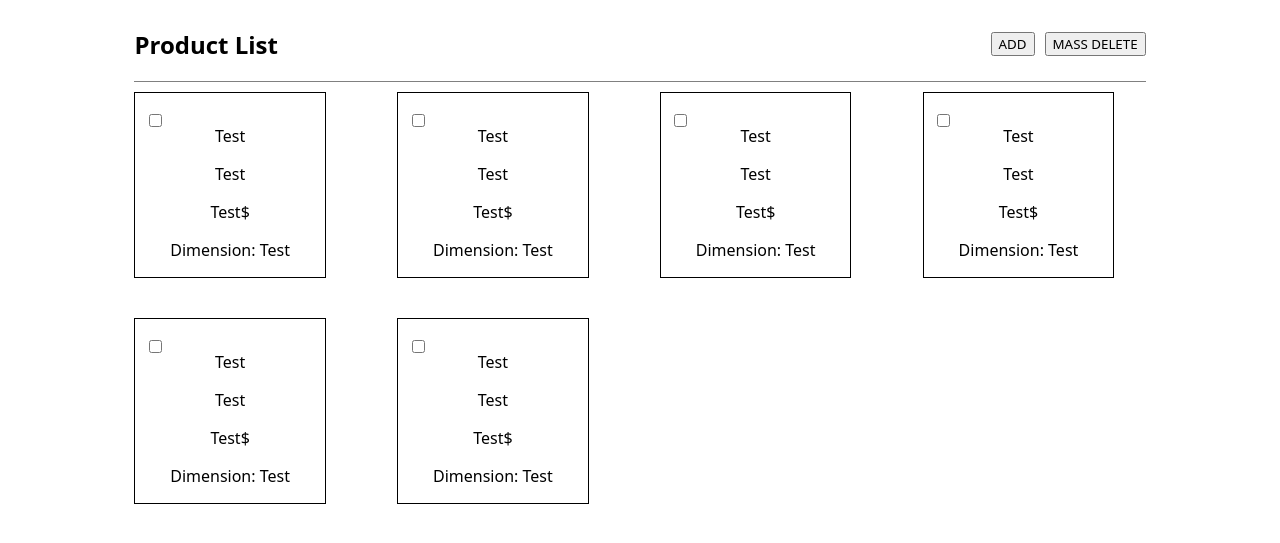
Repository: gabyto19/scandiweb
Page: http://localhost/
These files come from the project's save history. The page is drawn as it stood at one moment and after the next save; the edit follows.
The browser window is 1280 px wide. The pictures show the whole page.
The page is run by PHP 8.4 with error messages shown; the project is at /var/www/html/.

Above is the page before, as saved 2023-03-07 18:37:34.

After the next save:
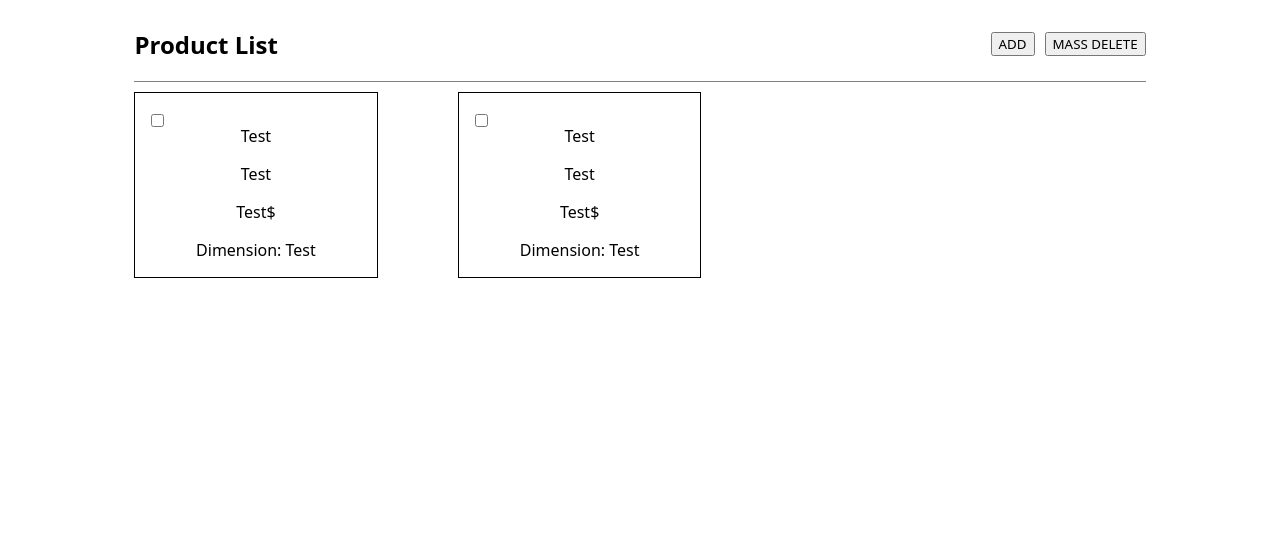
Saved 22 s later.
--- a/index.php
+++ b/index.php
@@ -38,33 +38,7 @@
         <p>Test$</p>
         <p>Dimension: Test</p>
       </div>
-      <div>
-        <input type="checkbox" id="delete-checkbox" class="delete-checkbox" />
-        <p>Test</p>
-        <p>Test</p>
-        <p>Test$</p>
-        <p>Dimension: Test</p>
-      </div>
-      <div>
-        <input type="checkbox" id="delete-checkbox" class="delete-checkbox" />
-        <p>Test</p>
-        <p>Test</p>
-        <p>Test$</p>
-        <p>Dimension: Test</p>
-      </div>
-      <div>
-        <input type="checkbox" id="delete-checkbox" class="delete-checkbox" />
-        <p>Test</p>
-        <p>Test</p>
-        <p>Test$</p>
-        <p>Dimension: Test</p>
-      </div>
-      <div>
-        <input type="checkbox" id="delete-checkbox" class="delete-checkbox" />
-        <p>Test</p>
-        <p>Test</p>
-        <p>Test$</p>
-        <p>Dimension: Test</p>
+
       </div>
     </div>
   </section>
